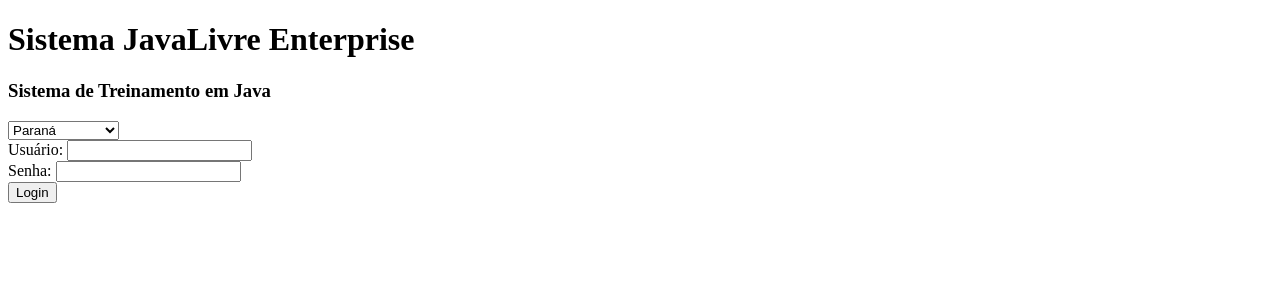
Repository: marciojv/treina-java
Page: workspace/JavaLivre/src/html/login.html
An editor plug-in stored every save of this project. The page is shown before and after the next save, followed by the edit.
The browser window is 1280 px wide. The pictures show the whole page.

Above is the page before, as saved 2017-06-10 13:21:49.

After the next save:
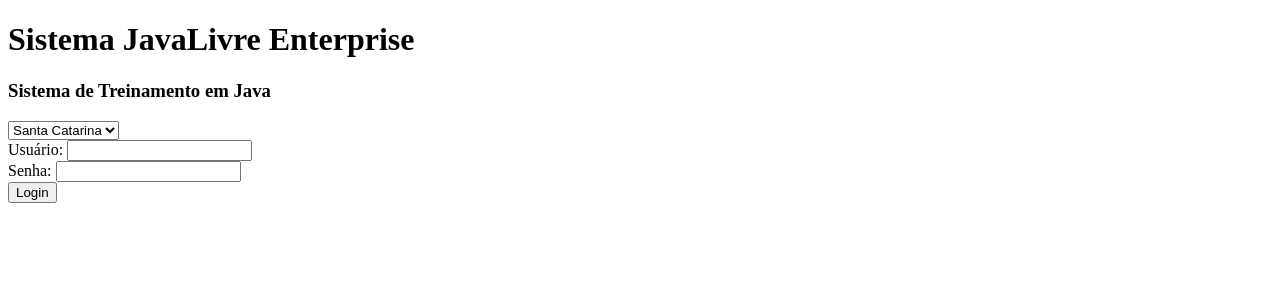
Saved 35 s later.
--- a/workspace/JavaLivre/src/html/login.html
+++ b/workspace/JavaLivre/src/html/login.html
@@ -12,7 +12,7 @@
 
 <select name="estado" >
   <option value="PR">Paraná</option>
-  <option value="SC">Santa Catarina</option>
+  <option selected value="SC">Santa Catarina</option>
   <option value="SP">São Paulo</option>
 </select>
 

After the save that followed:
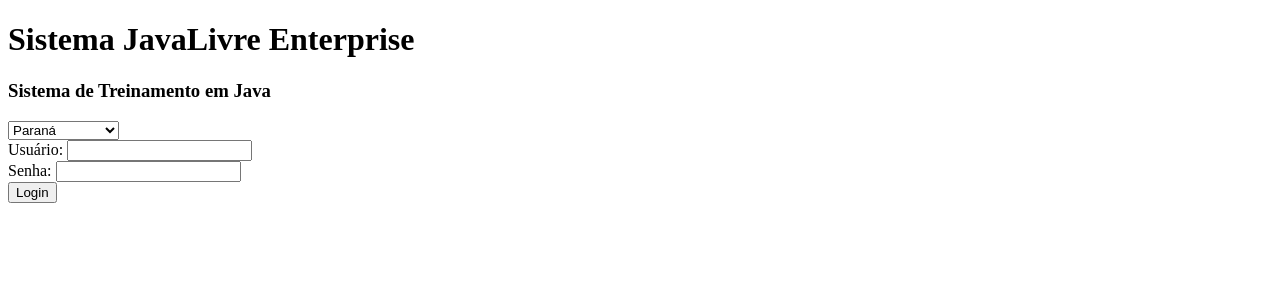
Saved 21 s later.
--- a/workspace/JavaLivre/src/html/login.html
+++ b/workspace/JavaLivre/src/html/login.html
@@ -12,7 +12,7 @@
 
 <select name="estado" >
   <option value="PR">Paraná</option>
-  <option selected value="SC">Santa Catarina</option>
+  <option value="SC">Santa Catarina</option>
   <option value="SP">São Paulo</option>
 </select>
 
